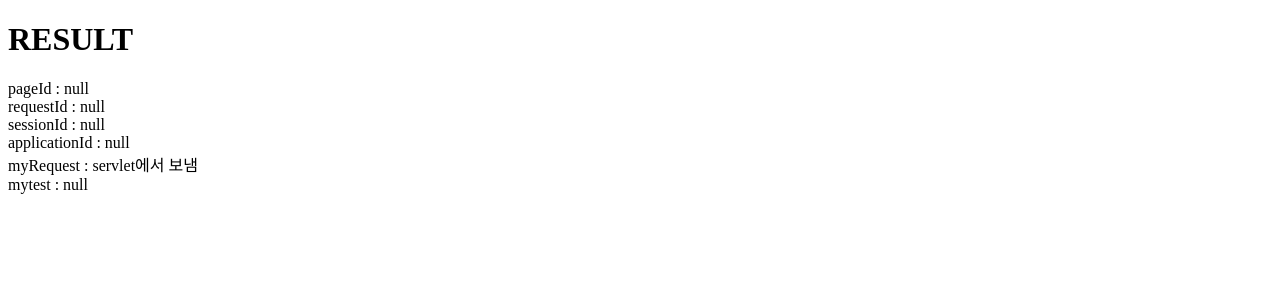
Repository: charamee/Web_kh
Page: http://localhost/Jsp06_Scope/scope.do
An editor plug-in stored every save of this project. The page is shown before and after the next save, followed by the edit.
The browser window is 1280 px wide. The pictures show the whole page.
The page is served by Tomcat 9.

Above is the page before, as saved 2021-02-24 01:55:37.

After the next save:
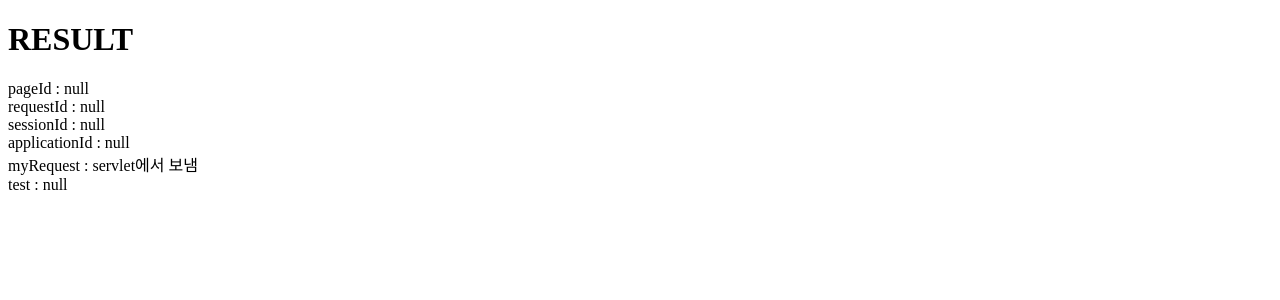
Saved 27 s later.
--- a/Workspace_WEB/Jsp06_Scope/WebContent/result.jsp
+++ b/Workspace_WEB/Jsp06_Scope/WebContent/result.jsp
@@ -19,7 +19,7 @@
 	sessionId : <%=application.getAttribute("applicationId") %> <br>
 	applicationId : <%=application.getAttribute("applicationId") %> <br>
 	myRequest : <%=request.getAttribute("myRequest") %> <br>
-	mytest : <%=request.getAttribute("test") %> <br>
+	test : <%=request.getAttribute("mytest") %> <br>
 
 </body>
 </html>
